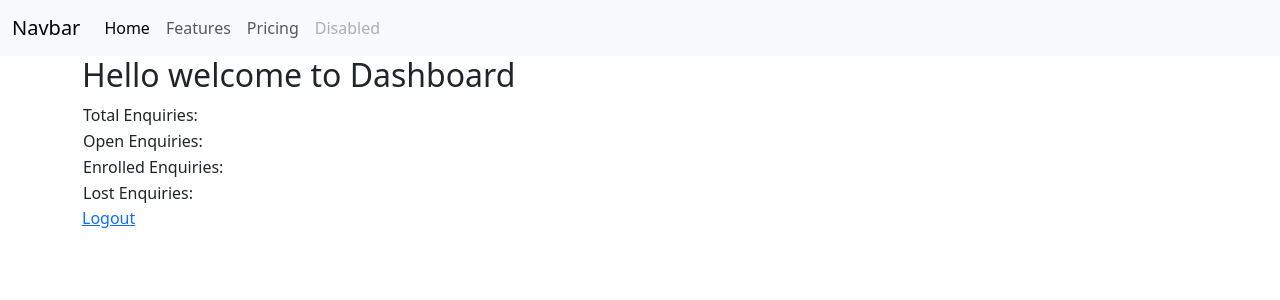
Repository: dibyajyotipanigrahi/Mini-Projects
Page: http://localhost/dashboard
The author's editor kept a copy of each file at every save. The page is drawn from the files as they stood at one save, then again after the next save.
The browser window is 1280 px wide. The pictures show the whole page.
The page is this project's Thymeleaf template; nobody is signed in. The template is opened directly, without the code that normally fills it, so the values that code supplies are empty.

Above is the page before, as saved 2024-04-25 17:02:31.

### 01-Councellors-Application/src/main/resources/templates/dashboard.html
<!doctype html>
<html lang="en">

<head>
	<meta charset="utf-8">
	<meta name="viewport" content="width=device-width, initial-scale=1">
	<title>Login</title>
	<link href="https://cdn.jsdelivr.net/npm/bootstrap@5.3.3/dist/css/bootstrap.min.css" rel="stylesheet"
		integrity="sha384-QWTKZyjpPEjISv5WaRU9OFeRpok6YctnYmDr5pNlyT2bRjXh0JMhjY6hW+ALEwIH" crossorigin="anonymous">
</head>

<body>

	<nav class="navbar navbar-expand-lg bg-body-tertiary">
  <div class="container-fluid">
    <a class="navbar-brand" href="#">Navbar</a>
    <button class="navbar-toggler" type="button" data-bs-toggle="collapse" data-bs-target="#navbarNav" aria-controls="navbarNav" aria-expanded="false" aria-label="Toggle navigation">
      <span class="navbar-toggler-icon"></span>
    </button>
    <div class="collapse navbar-collapse" id="navbarNav">
      <ul class="navbar-nav">
        <li class="nav-item">
          <a class="nav-link active" aria-current="page" href="#">Home</a>
        </li>
        <li class="nav-item">
          <a class="nav-link" href="#">Features</a>
        </li>
        <li class="nav-item">
          <a class="nav-link" href="#">Pricing</a>
        </li>
        <li class="nav-item">
          <a class="nav-link disabled" aria-disabled="true">Disabled</a>
        </li>
      </ul>
    </div>
  </div>
</nav>



	<div class="container">
		<h2>Hello welcome to Dashboard</h2>
		<table>

			<tr>
				<td>Total Enquiries:</td>
				<td th:text="${dashboard.totalEnqs}"></td>
			</tr>
			<tr>
				<td>Open Enquiries:</td>
				<td th:text="${dashboard.openEnqs}"></td>
			</tr>

			<tr>
				<td>Enrolled Enquiries:</td>
				<td th:text="${dashboard.enrolledEnqs}"></td>
			</tr>
			<tr>
				<td>Lost Enquiries:</td>
				<td th:text="${dashboard.lostEnqs}"></td>
			</tr>

		</table>

<a href="logout">Logout</a>


		</form>



	</div>




	<script src="https://cdn.jsdelivr.net/npm/bootstrap@5.3.3/dist/js/bootstrap.bundle.min.js"
		integrity="sha384-YvpcrYf0tY3lHB60NNkmXc5s9fDVZLESaAA55NDzOxhy9GkcIdslK1eN7N6jIeHz"
		crossorigin="anonymous"></script>
</body>

</html>

After the next save:
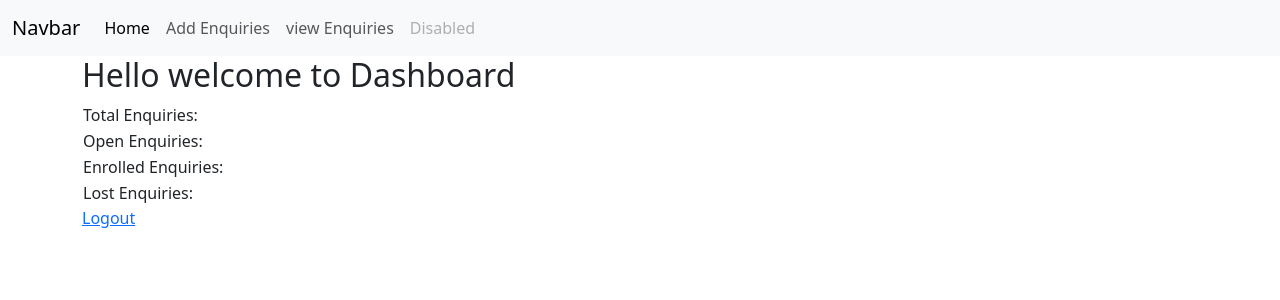
Saved 97 s later.
--- a/01-Councellors-Application/src/main/resources/templates/dashboard.html
+++ b/01-Councellors-Application/src/main/resources/templates/dashboard.html
@@ -23,10 +23,10 @@
           <a class="nav-link active" aria-current="page" href="#">Home</a>
         </li>
         <li class="nav-item">
-          <a class="nav-link" href="#">Features</a>
+          <a class="nav-link" href="#">Add Enquiries</a>
         </li>
         <li class="nav-item">
-          <a class="nav-link" href="#">Pricing</a>
+          <a class="nav-link" href="#">view Enquiries</a>
         </li>
         <li class="nav-item">
           <a class="nav-link disabled" aria-disabled="true">Disabled</a>
